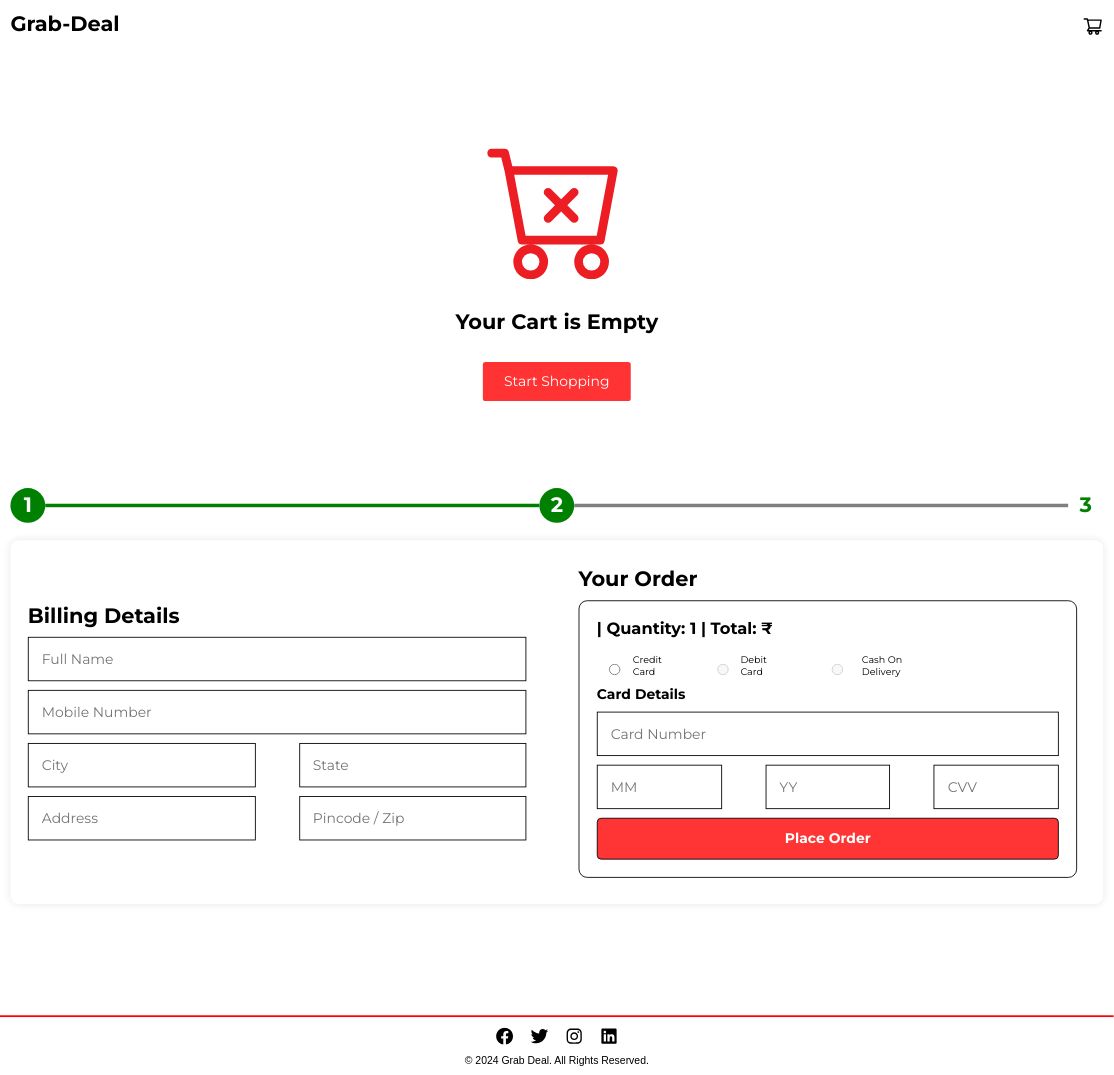
Repository: hlwsatyam/Iphone16Pro
Page: /cart
These files come from the project's save history. The page is drawn as it stood at one moment and after a run of saves; the edit follows.
The browser window is 1280 px wide. The pictures show the whole page, at 87% of full size.
The project was rebuilt for these pictures with package versions that can differ from the ones it lists, and the page was loaded fresh each time. Also part of the build but not shown: src/components/filters/FilterBarOptions.js, src/components/filters/FilterBar.js, src/hooks/useActive.js, src/components/product/ProductCard.js, src/components/common/SectionsHead.js, src/components/common/Services.js, src/pages/AllProducts.js, src/components/common/QuantityBox.js and 15 more.

Above is the page before, as saved 2024-09-28 16:15:52.

### public/index.html
<!DOCTYPE html>
<html lang="en">

<head>
  <meta charset="utf-8" />
  <link rel="icon" href="https://www.reliancedigital.in/medias/Apple-iPhone16ProMax-494423059-i-1-1200Wx1200H-300Wx300H?context=bWFzdGVyfGltYWdlc3wyOTM2MXxpbWFnZS9qcGVnfGltYWdlcy9oM2EvaGEzLzEwMTk1OTA4OTg0ODYyLmpwZ3w2MjMyOGJjMTFhMDRjZjFiNWRkOGU4NjNjZWJiMDUwNWNkNmE0YzdhMjE3MjVjNDRjNWFlMjA0ZDU2MDFjODhk" />
  <meta name="viewport" content="width=device-width, initial-scale=1" />
  <meta name="theme-color" content="#000000" />
  <meta name="description" content="Web site created using create-react-app" />
  <link rel="apple-touch-icon" href="%PUBLIC_URL%/logo192.png" />
  <!--
      manifest.json provides metadata used when your web app is installed on a
      user's mobile device or desktop. See https://developers.google.com/web/fundamentals/web-app-manifest/
    -->
  <link rel="manifest" href="%PUBLIC_URL%/manifest.json" />
  <!--
      Notice the use of %PUBLIC_URL% in the tags above.
      It will be replaced with the URL of the `public` folder during the build.
      Only files inside the `public` folder can be referenced from the HTML.

      Unlike "/favicon.ico" or "favicon.ico", "%PUBLIC_URL%/favicon.ico" will
      work correctly both with client-side routing and a non-root public URL.
      Learn how to configure a non-root public URL by running `npm run build`.
    -->

  <link rel="preconnect" href="https://fonts.googleapis.com" />
  <link rel="preconnect" href="https://fonts.gstatic.com" crossorigin />
  <link href="https://fonts.googleapis.com/css2?family=Montserrat:wght@400;500;600;700&display=swap" rel="stylesheet" />

  <title>Best Discount On I Phone 16 Pro </title>
</head>

<body>
  <noscript>You need to enable JavaScript to run this app.</noscript>
  <div id="root"></div>
  <!--
      This HTML file is a template.
      If you open it directly in the browser, you will see an empty page.

      You can add webfonts, meta tags, or analytics to this file.
      The build step will place the bundled scripts into the <body> tag.

      To begin the development, run `npm start` or `yarn start`.
      To create a production bundle, use `npm run build` or `yarn build`.
    -->
</body>

</html>

### src/styles/style.scss
// Base
@import "./partials/base/variables";
@import "./partials/base/mixins";
@import "./partials/base/reset";
@import "./partials/base/common";


// Components
@import "./partials/components/preloader";
@import "./partials/components/header";
@import "./partials/components/footer";
@import "./partials/components/backtop";
@import "./partials/components/form";
@import "./partials/components/searchbar";
@import "./partials/components/filterbar";
@import "./partials/components/quantity_box";
@import "./partials/components/empty_view";


// Pages
@import "./partials/pages/hero";
@import "./partials/pages/featured";
@import "./partials/pages/products";
@import "./partials/pages/product_details";
@import "./partials/pages/product_summary";
@import "./partials/pages/cart";
@import "./partials/pages/related";
@import "./partials/pages/services";
@import "./partials/pages/error_page";



.testimonial-section {
    background: linear-gradient(135deg, #f06, #f93);
    padding: 50px 0;
    display: flex;
    justify-content: center;
  }

### src/styles/partials/base/_mixins.scss
@mixin dimension($width: auto, $height: auto) {
    width: $width;
    height: $height;
}

@mixin centered {
    display: grid;
    place-items: center;
}

@mixin mx-auto {
    margin-left: auto;
    margin-right: auto;
}

@mixin margin-x($marginLeft, $marginRight) {
    margin-left: $marginLeft;
    margin-right: $marginRight;
}

@mixin margin-y($marginTop, $marginBottom) {
    margin-top: $marginTop;
    margin-bottom: $marginBottom;
}

@mixin padding-x($paddingLeft, $paddingRight) {
    padding-left: $paddingLeft;
    padding-right: $paddingRight;
}

@mixin padding-y($paddingTop, $paddingBottom) {
    padding-top: $paddingTop;
    padding-bottom: $paddingBottom;
}

@mixin img-fit {
    @include dimension(100%, 100%);
    object-fit: cover;
}

@mixin bg-cover {
    background-size: cover;
    background-position: center;
    background-repeat: no-repeat;
}

@mixin pseudo($content: "", $top: 0, $left: 0, $width: auto, $height: auto) {
    content: $content;
    position: absolute;
    top: $top;
    left: $left;
    @include dimension($width, $height);
    pointer-events: none;
}

@mixin bordered($borderWidth, $borderColor) {
    border: $borderWidth solid $borderColor;
}

@mixin flexbox($justifyContent: flex-start, $alignItems: flex-start) {
    display: flex;
    justify-content: $justifyContent;
    align-items: $alignItems;
}

@mixin grid-cols($colsCount, $colsWidth, $gap) {
    grid-template-columns: repeat($colsCount, $colsWidth);
    gap: $gap;
}

@mixin transition($prop: all, $duration, $timingFn: ease) {
    transition: $prop $duration $timingFn;
}

@mixin toggleVisibility($visibility, $opacity) {
    visibility: $visibility;
    opacity: $opacity;
}


// mixin for media-queries

@mixin devices($breakpoint) {

    @if $breakpoint==xl {
        @media (max-width: 1399.98px) {
            @content;
        }
    }

    @else if $breakpoint==lg {
        @media (max-width: 1023.98px) {
            @content;
        }
    }

    @else if $breakpoint==md {
        @media (max-width: 767.98px) {
            @content;
        }
    }

    @else if $breakpoint==sm {
        @media (max-width: 639.98px) {
            @content;
        }
    }

    @else if $breakpoint==xs {
        @media (max-width: 479.98px) {
            @content;
        }
    }
}

### src/styles/partials/components/_preloader.scss
#preloader {
    width: 100%;
    min-height: 100vh;
    background-color: var(--bg-color);
    position: fixed;
    top: 0;
    left: 0;
    z-index: 9999;
    @include centered;
}

.loader {
    @include dimension(12.5rem, 12.5rem);
    border-radius: 50%;
    box-shadow: 1px 8px 8px var(--main-color);
    animation: spin 1.4s linear infinite;
}

@keyframes spin {
    0% {
        transform: rotate(0deg);
    }

    100% {
        transform: rotate(360deg);
    }
}

.loader_text {
    position: absolute;
    top: 50%;
    left: 50%;
    transform: translate(-50%, -50%);
    animation: text 1s linear infinite alternate;
}

@keyframes text {
    0% {
        opacity: 0.4;
    }

    100% {
        opacity: 1;
    }
}

### src/styles/partials/components/_header.scss
#header {
    position: fixed;
    top: 0;
    left: 0;
    z-index: 99;
    width: 100%;
    @include padding-y(0.8rem, 0.8rem);
    @include transition(background-color, 0.2s, linear);

    &.sticky {
        background-color: white;
    }
}

.navbar {
    @include flexbox(space-between, center);
}

.nav_logo {
    @include devices(xs) {
        font-size: 1.2rem;
    }
}

.nav_actions {
    @include flexbox($alignItems: center);
    gap: 3rem;
    font-size: 1.5rem;

    @include devices(xs) {
        gap: 2.5rem;
        font-size: 1.2rem;
    }
}

.search_action,
.cart_action,
.user_action {
    position: relative;
}

.search_action,
.cart_action {
    &:hover .tooltip {
        @include toggleVisibility(visible, 1);
    }
}

.search_action,
.user_action {
    span {
        cursor: pointer;
    }
}

.cart_action {

    .badge {
        @include centered;
        @include dimension(20px, 20px);
        position: absolute;
        top: 0;
        right: -20px;
        background-color: var(--main-color-2);
        border-radius: 50%;
    }
}

.user_action {

    .dropdown_menu {
        position: absolute;
        top: 50px;
        right: 0;
        width: 17.5rem;
        background-color: var(--bg-color-2);
        padding: 1.4rem;
        font-size: 0.9rem;
        border-radius: 3px;
        @include bordered(1px, var(--text-muted));
        @include toggleVisibility(hidden, 0);
        @include transition(all, 0.2s, ease-in-out);

        h4 {
            font-weight: 600;
            letter-spacing: 0.5px;

            a {
                color: var(--main-color);
                opacity: 0.95;

                &:hover {
                    opacity: 1;
                }
            }
        }

        p {
            font-size: 0.8rem;
            margin-top: 0.5rem;
        }

        button {
            margin-top: 1rem;
            padding: 0.8rem 1rem;
            @include bordered(1px, var(--text-muted));
            @include transition(all, 0.3s, ease);

            &:hover {
                color: #eee;
                border-color: #eee;
            }
        }

        li {
            &:not(:last-child) {
                margin-bottom: 0.5rem;
            }

            a:hover {
                color: #eee;
            }
        }
    }

    &:hover .dropdown_menu {
        @include toggleVisibility(visible, 1);
    }
}

### src/styles/partials/components/_footer.scss
#footer {
    background-color: var(--black-color);
    @include padding-y(3rem, 2rem);

    .separator {
        @include margin-y(2.5rem, 2rem);
        opacity: 0.7;
    }
}

.footer_wrapper {
    grid-template-columns: 1.4fr repeat(3, 1fr);
    justify-items: center;
    gap: 2rem;

    @include devices(md) {
        grid-template-columns: 1.4fr 1fr;
        justify-items: unset;
        gap: 4rem;
    }

    @include devices(xs) {
        grid-template-columns: 1fr;
        gap: 3rem;
    }
}

.foot_subs {
    p {
        @include margin-y(1rem, 1rem);
        font-size: 0.875rem;
        opacity: 0.9;
    }

    .btn {
        margin-top: 1rem;
    }
}

.foot_menu {
    ul {
        margin-top: 1.8rem;
        display: grid;
        gap: 1rem;

        a {
            font-size: 0.9rem;
            opacity: 0.8;

            &:hover {
                opacity: 1;
            }
        }
    }
}

.sub_footer_wrapper {
    @include flexbox(space-between, center);

    @include devices(md) {
        @include flexbox();
        flex-direction: column-reverse;
        gap: 2rem;
    }
}

.foot_copyright {
    font-size: 0.95rem;

    a {
        color: #eee;
        opacity: 0.8;

        &:hover {
            opacity: 1;
        }
    }
}

.foot_social {
    @include flexbox();
    gap: 2rem;
    font-size: 1.2rem;
    margin-right: 4rem;
}

### src/styles/partials/components/_searchbar.scss
#searchbar {
    display: grid;
    grid-template-columns: 0.5fr;
    justify-content: center;
    align-items: start;

    @include devices(lg) {
        grid-template-columns: 0.8fr;
    }

    @include devices(sm) {
        grid-template-columns: 1fr;
    }
}

.searchbar_content {
    margin: 3rem 1rem;
}

.search_box {
    display: flex;
    gap: 0.4rem;

    .input_field {
        background-color: var(--bg-color);
    }

    .btn {
        font-size: 1.5rem;

        &[disabled] {
            pointer-events: none;
            opacity: 0.7;
        }
    }
}

.search_results {
    background-color: var(--bg-color);
    display: grid;
    justify-items: flex-start;
    gap: 1rem;
    margin-top: 1rem;
    max-height: 300px;
    overflow-y: auto;
    padding: 1rem;
    border: 1px solid var(--text-muted);
    scrollbar-width: none;

    a {
        cursor: pointer;
        @include transition(color, 0.3s);

        &:hover {
            color: var(--main-color-2);
        }
    }

    &::-webkit-scrollbar {
        display: none;
    }
}

### src/styles/partials/components/_quantity_box.scss
.quantity_box {
    display: inline-flex;
    align-items: center;
    @include bordered(1px, #444);
    border-radius: 3px;
    user-select: none;
    overflow: hidden;

    button {
        @include dimension(3.125rem, 2.25rem);
        background-color: red;
        @include transition(color, 0.2s);

        &:hover {
            color: #eee;
        }

        &[disabled] {
            cursor: not-allowed;
            color: var(--text-muted);
        }
    }
}

.quantity_count {
    @include dimension(3.75rem, 2.25rem);
    color: red;
    font-size: 1.4rem;
    line-height: 2.25rem;
    font-weight: bold;
    text-align: center;
}

### src/styles/partials/pages/_hero.scss
#hero {
    min-height: 100vh;
    @include centered;

    .swiper {
        @include dimension(100%, 100%);
        @include padding-x(0.75rem, 0.75rem);
        @include padding-y(5rem, 5rem);
    }

    .swiper-pagination {
        bottom: 30px;
    }
}

.hero_wrapper {
    position: relative;
    @include grid-cols(2, 0.4fr, 2rem);
    place-content: center;
    place-items: center;

    &::before {
        @include pseudo($top: 10%);
        font-size: 15rem;
        font-weight: 700;
        opacity: 0.05;

        @include devices(xl) {
            font-size: 12rem;
        }

        @include devices(sm) {
            font-size: 8rem;
        }
    }

    &.hero_slide-0::before {
        content: "Over Ear";
    }

    &.hero_slide-1::before {
        content: "In Ear";
    }

    &.hero_slide-2::before {
        content: "Over Ear";
    }

    @include devices(lg) {
        grid-template-columns: 0.7fr;
        gap: 4rem;
    }

    @include devices(sm) {
        grid-template-columns: 0.9fr;
        gap: 2rem;
    }
}

.hero_item_txt,
.hero_item_img {
    position: relative;
}

.hero_item_txt {
    text-shadow: var(--text-shadow);

    h1 {
        font-size: 3rem;
        text-transform: capitalize;
        word-spacing: 3px;
        @include margin-y(0.8rem, 1rem);

        @include devices(xl) {
            font-size: 2.4rem;
        }

        @include devices(sm) {
            font-size: 1.8rem;
        }

        @include devices(xs) {
            font-size: 1.5rem;
        }
    }

    h3 {
        font-size: 1.3rem;
        font-weight: 600;

        @include devices(sm) {
            font-size: 1rem;
        }
    }

    .hero_price {
        @include margin-y(2rem, 3rem);

        @include devices(sm) {
            @include margin-y(1.5rem, 2rem);
        }
    }

}

.hero_item_img {
    overflow: hidden;

    img {
        @include img-fit;
    }

    @include devices(lg) {
        grid-row: 1;
    }

    @include devices(sm) {
        max-width: 18rem;
        width: 75%;
    }
}

### src/styles/partials/pages/_products.scss
.products_wrapper {
    @include grid-cols(4, 1fr, 0.7rem);

    @include devices(lg) {
        @include grid-cols(3, 1fr, 0.7rem);
    }

    @include devices(md) {
        @include grid-cols(2, 1fr, 0.6rem);
    }

    @include devices(xs) {
        grid-template-columns: 1fr;
    }
}

.products_filter_tabs {
    @include margin-y(3rem, 5rem);
}

.products_card {
    @include bordered(1px, rgba($color: #ffffff, $alpha: 0.4));
    border-radius: 3px;
    box-shadow: 0px 5px 10px rgba($color: #000000, $alpha: 0.5);
    overflow: hidden;

    &.browse_card {
        @include centered;
        @include padding-y(5rem, 5rem);
        font-size: 1.5rem;

        a {
            @include transition(color, 0.3s);

            &:hover {
                color: #eee;
            }
        }
    }
}

.products_img {
    background: var(--bg-color-2);
    text-align: center;
    padding: 1rem;
    overflow: hidden;

    img {
        width: 70%;
        @include transition(transform, 0.25s, ease);

        &:hover {
            transform: scale(1.05);
        }
    }
}

.products_details {
    padding: 1rem;
}

.products_title {
    @include margin-y(0.8rem, 0.4rem);
}

.products_info {
    opacity: 0.8;
    font-weight: 500;
}

.products_btn {
    width: 100%;
    margin-top: 1.2rem;

    &.active {
        background-color: green;
    }

    &[disabled] {
        cursor: not-allowed;
    }
}


/*------ All-Products Page ------*/
#all_products {
    padding-top: 8rem;
    display: grid;
    grid-template-columns: 240px 1fr;

    @include devices(lg) {
        grid-template-columns: 1fr;
    }

    .products_wrapper {
        @include devices(xl) {
            @include grid-cols(3, 1fr, 0.7rem);
        }

        @include devices(md) {
            @include grid-cols(2, 1fr, 0.6rem);
        }

        @include devices(xs) {
            grid-template-columns: 1fr;
        }
    }
}

### src/styles/partials/pages/_product_summary.scss
.prod_summary_details {
    margin-top: 4rem;

    ul {
        display: grid;
        gap: 2rem;
    }
}

.prod_specs {

    ul {
        grid-template-columns: 0.4fr;

        li {
            @include flexbox(space-between, center);

            span {
                &:last-child {
                    font-weight: 600;
                }
            }
        }

        @include devices(lg) {
            grid-template-columns: 1fr;
        }
    }
}

.prod_overview {

    h3 {
        font-weight: 600;
        word-spacing: 0.6px;
        line-height: 1.5;

        span {
            color: var(--main-color-2);
        }
    }

    ul {
        gap: 1.2rem;
        list-style-type: disc;
        margin-left: 1rem;
        @include margin-y(2rem, 2rem);
    }

    p {
        line-height: 2;
    }
}

.prod_reviews {

    ul {
        gap: 3rem;
    }

    .user_info {
        display: flex;
        align-items: center;
        gap: 1rem;

        img {
            @include dimension(50px, 50px);
            border-radius: 50%;
        }

        .user_ratings {
            display: flex;
            align-items: center;
            gap: 0.5rem;
            margin-top: 0.5rem;

            .date {
                color: var(--text-muted);
                font-size: 0.95rem;
            }
        }
    }

    .user_review {
        margin-top: 1rem;
    }
}

### src/components/Extra/Checkout.jsx
import React from "react";
import TopLine from "./checkOutComp/TopLine";
import LargeArea from "./checkOutComp/LargeArea";

function Checkout() {
  return (
    <div className="container" >
      <TopLine />
      <LargeArea />
    </div>
  );
}

export default Checkout;

### src/components/Extra/checkOutComp/TopLine.jsx
import React from "react";

function TopLine() {
  const styles = {
    container: {
      display: "flex",
      marginTop: "100px",
      justifyContent: "space-between",
      alignItems: "center",
    },
    span: {
      width: "20px",
      height: "20px",
      backgroundColor: "gray",
      backgroundColor: "green",
      color: "white",
      borderRadius: "50%",
      display: "flex",
      fontSize: "24px",
      fontWeight: 700,
      padding: "20px", // Adjust padding to balance size
      justifyContent: "center",
      alignItems: "center",
    },
    span3: {
      width: "20px",
      height: "20px",

      backgroundColor: "white",
      color: "green",
      borderRadius: "50%",
      display: "flex",
      fontSize: "24px",
      fontWeight: 700,
      padding: "20px", // Adjust padding to balance size
      justifyContent: "center",
      alignItems: "center",
    },

    line: {
      width: "100%",
      height: "4px",
      backgroundColor: "green",
    },
    line2: {
      width: "100%",
      height: "4px",
      backgroundColor: "gray",
    },

  };

  return (
    <div style={styles.container}>
      <span style={styles.span}>1</span>
      <div style={styles.line}></div> {/* Central line between spans */}
      <span style={styles.span}>2</span>
      <div style={{...styles.line, ...styles.line2}}></div>{" "}
      {/* Central line between spans */}
      <span style={{...styles.span,...styles.span3}}>3</span>
    </div>
  );
}

export default TopLine;

### src/components/Extra/LargeArea.css
.largeArea {
  display: flex;
  justify-content: space-between;
  align-items: center;
  gap: 50px;
  flex-wrap: wrap;
  margin-top: 20px;
  border-radius: 10px;
  box-shadow: 0px 0px 10px rgba(0, 0, 0, 0.1);
  padding: 20px;

  input {
    width: 100%;
    padding: 15px 15px;
    border: 1px solid black;
    margin-top: 10px;
  }
}

.left-area {
  flex: 1;
}
.right-area {
  flex: 1;

  padding: 10px;

  button {
    width: 100%;
    padding: 15px 15px;
    border: 1px solid black;
    margin-top: 10px;
    background-color: #ff3535;
    color: white;
    border-radius: 5px;
    cursor: pointer;
    font-weight: bold;
    font-size: 16px;
    transition: all 0.3s ease-in-out;
    &:hover {
      background-color: #ff3535;
      color: white;
      border: 1px solid white;
    }
  }
}

.error-message {
  color: red;
  margin-top: 10px;
}

.card-selection {
  display: flex;

  align-items: center;
  gap: 50px;
  margin-bottom: 10px;
  p {
    display: flex;
    justify-content: space-between;
    align-items: center;
    font-size: 11px;
  }
}

.t1 {
  margin-top: 10px;
  font-weight: 700;
}

.expiry-date {
  display: flex;
  justify-content: space-between;
  align-items: center;
  gap: 50px;
  input {
    width: 50%;
  }
}

.city-state {
  display: flex;
  justify-content: space-between;
  align-items: center;
  gap: 50px;

  input {
    input {
      width: 40%;
    }
  }
}

.right-container {
  margin-top: 10px;
  border: 1px solid black;
  padding: 20px;
  border-radius: 10px;

  .qunt {
    margin-bottom: 17px;
  }
}

Loaded but not shown: src/App.js (common file); src/reportWebVitals.js (common file); src/styles/partials/base/_variables.scss (common file); src/styles/partials/base/_reset.scss (common file); src/styles/partials/components/_backtop.scss (common file); src/styles/partials/components/_empty_view.scss (common file); src/styles/partials/pages/_featured.scss (common file); src/styles/partials/pages/_related.scss (common file); src/styles/partials/pages/_services.scss (common file); src/styles/partials/pages/_error_page.scss (common file); src/data/headerData.js (common file); src/hooks/useScrollRestore.js (common file); src/hooks/useOutsideClose.js (common file); src/hooks/useScrollDisable.js (common file); src/components/common/EmptyView.js (common file); src/data/productsData.js (165 lines, source omitted); src/components/form/AccountForm.js (145 lines, source omitted); src/components/common/Footer.js (162 lines, source omitted); src/contexts/filters/filtersContext.js (199 lines, source omitted); src/pages/Cart.js (105 lines, source omitted); src/components/common/Header.js (104 lines, source omitted); src/components/common/SearchBar.js (87 lines, source omitted); src/contexts/filters/filtersReducer.js (108 lines, source omitted); src/data/servicesData.js (90 lines, source omitted); src/contexts/cart/cartReducer.js (72 lines, source omitted); src/contexts/common/commonContext.js (67 lines, source omitted); src/contexts/cart/cartContext.js (64 lines, source omitted); src/routes/RouterRoutes.js (31 lines, source omitted); src/hooks/useForm.js (34 lines, source omitted); src/components/common/BackTop.js (41 lines, source omitted); src/data/filterBarData.js (63 lines, source omitted); src/contexts/common/commonReducer.js (37 lines, source omitted); src/index.js (22 lines, source omitted); src/helpers/utils.js (26 lines, source omitted); src/hooks/useDocTitle.js (15 lines, source omitted); src/components/Extra/checkOutComp/LargeArea.jsx (271 lines, source omitted); src/styles/partials/base/_common.scss (197 lines, source omitted); src/styles/partials/components/_filterbar.scss (169 lines, source omitted); src/styles/partials/components/_form.scss (130 lines, source omitted); src/styles/partials/pages/_product_details.scss (154 lines, source omitted); src/styles/partials/pages/_cart.scss (146 lines, source omitted)

After the next 2 saves:
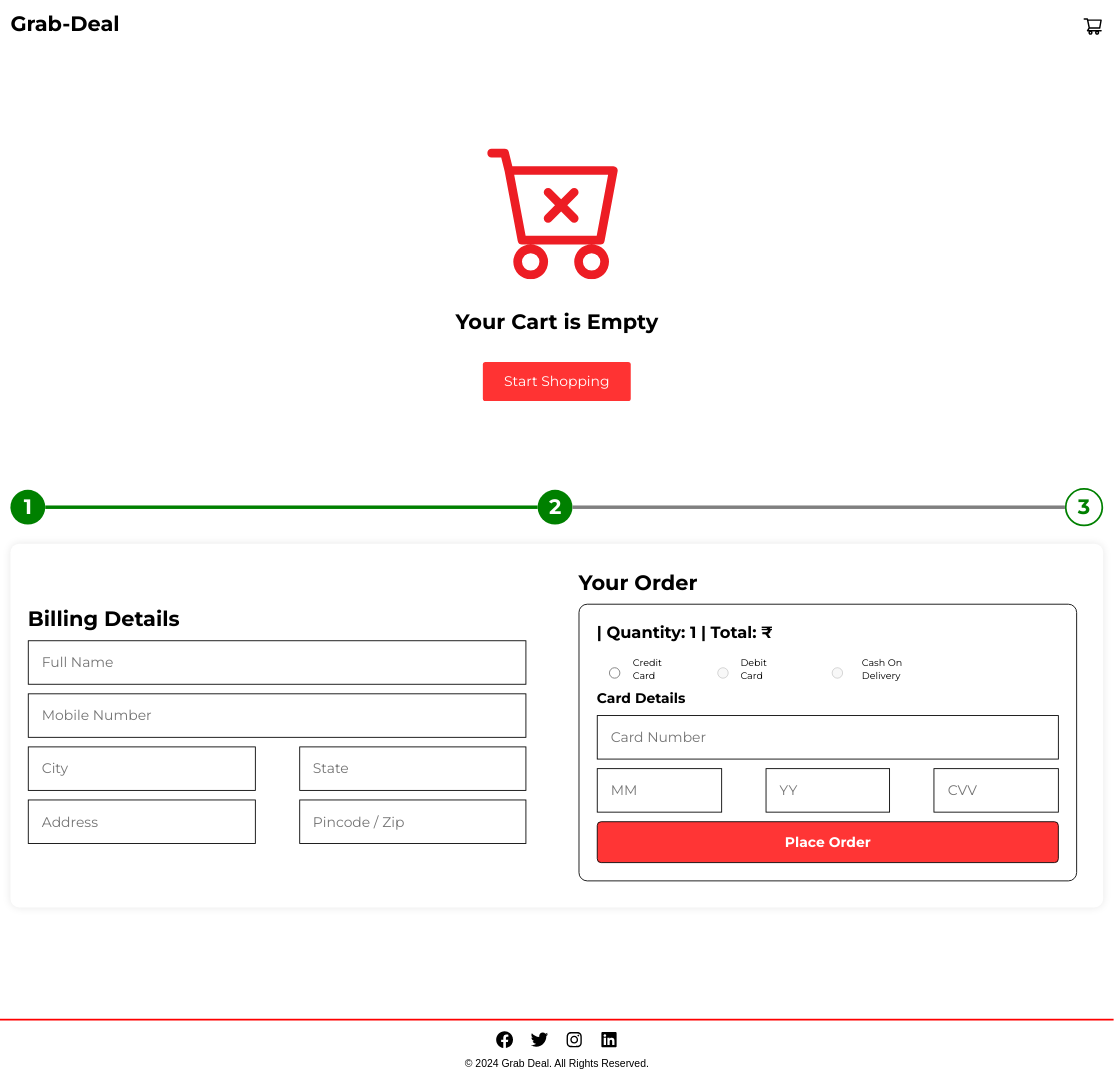
The 2 saves are shown as one change because they came seconds apart.
The last was saved 8 s later.
--- a/src/components/Extra/checkOutComp/TopLine.jsx
+++ b/src/components/Extra/checkOutComp/TopLine.jsx
@@ -28,6 +28,7 @@ function TopLine() {
 
       backgroundColor: "white",
       color: "green",
+      border: "2px solid green",
       borderRadius: "50%",
       display: "flex",
       fontSize: "24px",
